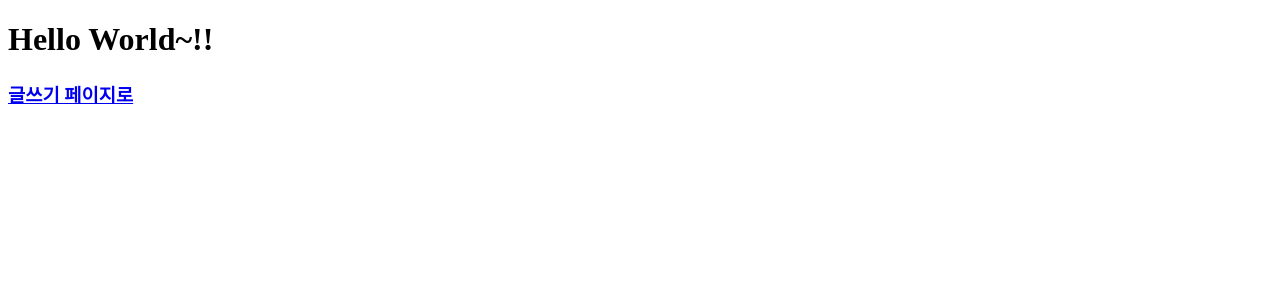
Repository: hwimi/2024-04-12-01
Page: http://localhost/jsp_study/
The author's editor kept a copy of each file at every save. The page is drawn from the files as they stood at one save, then again after the next save.
The browser window is 1280 px wide. The pictures show the whole page.
The page is served by Tomcat 9.

Above is the page before, as saved 2024-04-12 05:48:57.

After the next save:
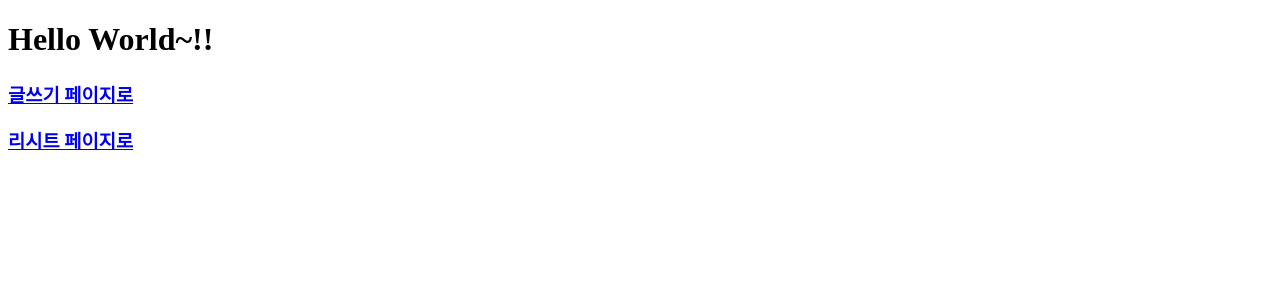
Saved 15 s later.
--- a/jsp_study/src/main/webapp/index.jsp
+++ b/jsp_study/src/main/webapp/index.jsp
@@ -9,5 +9,6 @@
 <body>
 	<h1>Hello World~!!</h1>
 	<h3><a href="/brd/register">글쓰기 페이지로</a></h3>
+	<h3><a href="/brd/register">리시트 페이지로</a></h3>
 </body>
 </html>
